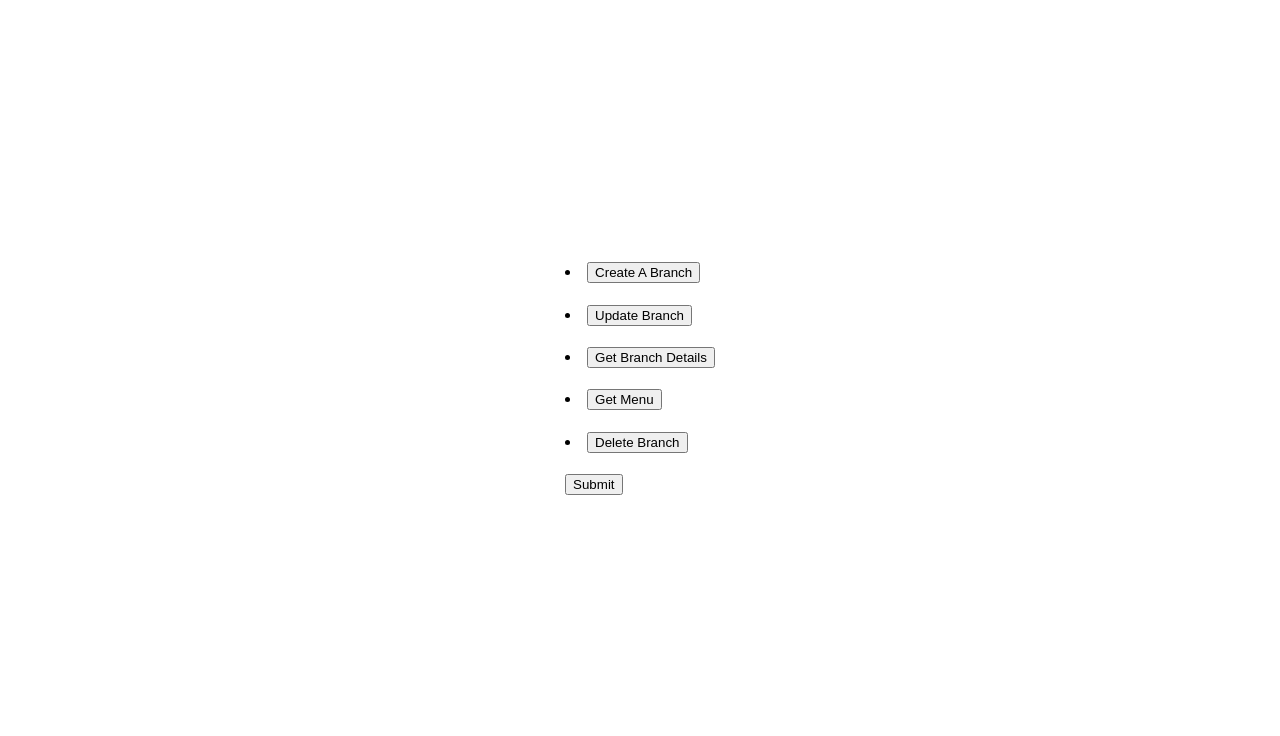
Repository: Jeevith-U/Advance-Java
Page: http://localhost/Food_App/manager.jsp
An editor plug-in stored every save of this project. The page is shown before and after the next save, followed by the edit.
The browser window is 1280 px wide. The pictures show the whole page.
The page is served by Tomcat 9.

Above is the page before, as saved 2023-08-22 15:08:42.

After the next save:
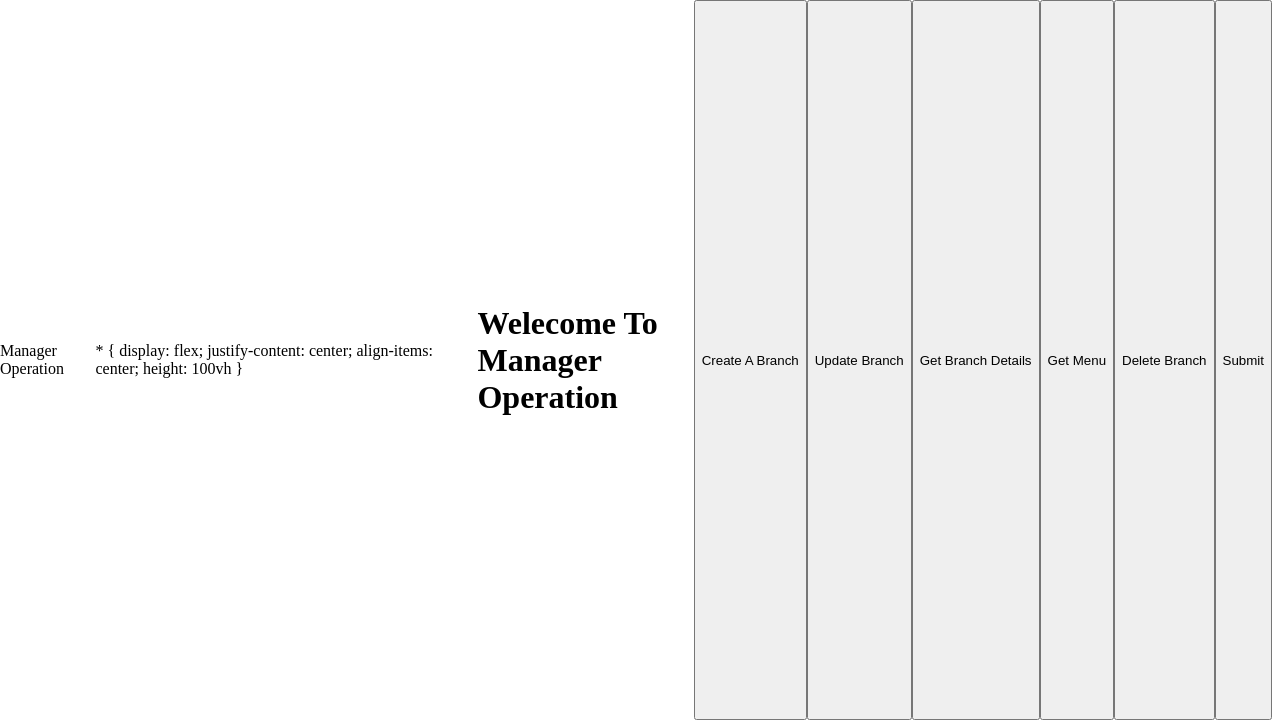
Saved 43 s later.
--- a/Projects/Food_App/src/main/webapp/manager.jsp
+++ b/Projects/Food_App/src/main/webapp/manager.jsp
@@ -7,7 +7,7 @@
 <title>Manager Operation</title>
 
 <style>
-div {
+* {
 	display: flex;
 	justify-content: center;
 	align-items: center;
@@ -17,6 +17,7 @@
 </head>
 <body>
 
+ <h1>Welecome To Manager Operation</h1>
 	<div>
 		<form action="manager" method="post">
 

After the save that followed:
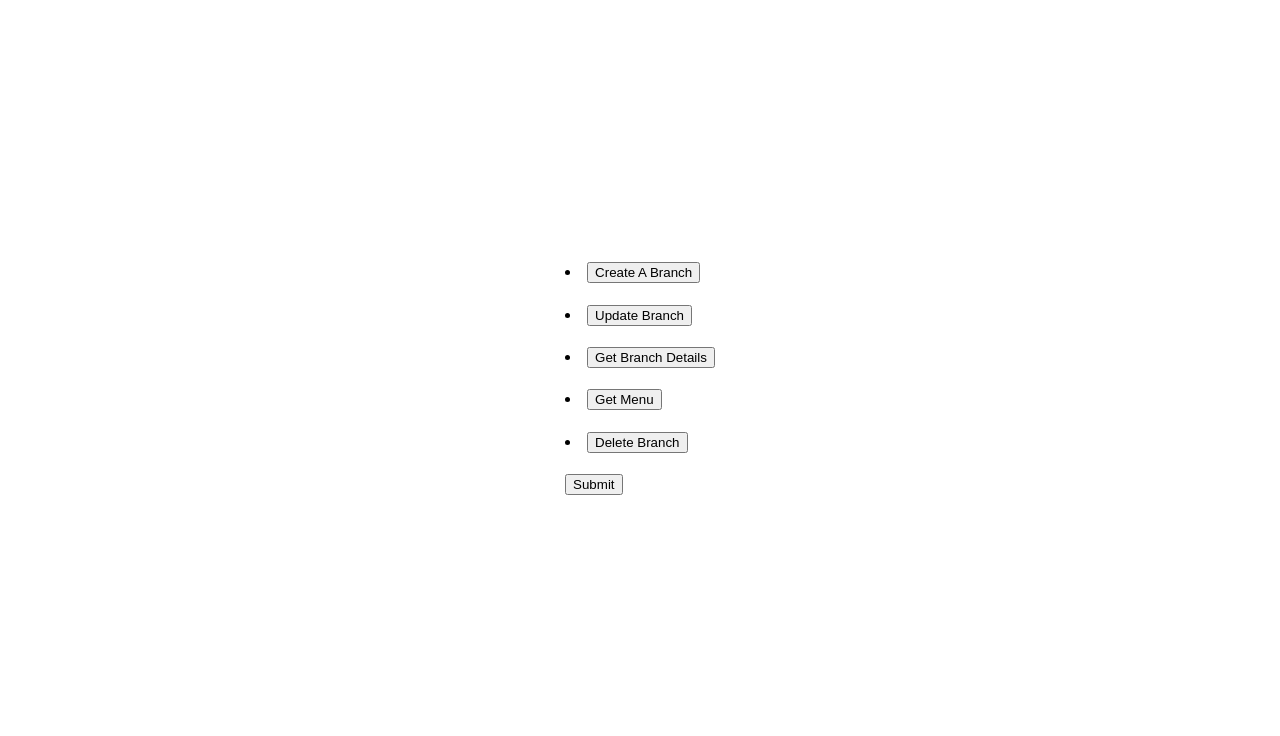
Saved 57 s later.
--- a/Projects/Food_App/src/main/webapp/manager.jsp
+++ b/Projects/Food_App/src/main/webapp/manager.jsp
@@ -2,45 +2,34 @@
 	pageEncoding="ISO-8859-1"%>
 <!DOCTYPE html>
 <head>
-<meta charset="UTF-8">
-<meta name="viewport" content="width=device-width, initial-scale=1.0">
-<title>Manager Operation</title>
+    <meta charset="UTF-8">
+    <meta name="viewport" content="width=device-width, initial-scale=1.0">
+    <title>Manager Operation</title>
 
-<style>
-* {
-	display: flex;
-	justify-content: center;
-	align-items: center;
-	height: 100vh
-}
-</style>
+    <style>
+       div {
+
+            display: flex;
+            justify-content: center;
+            align-items: center;
+            height: 100vh
+        }
+    </style>
 </head>
 <body>
 
- <h1>Welecome To Manager Operation</h1>
-	<div>
-		<form action="manager" method="post">
+    <div>
+    <form action="manager" method="post" >
 
-			<h4>
-				<li><input type="button" value="Create A Branch" name="create"></li>
-			</h4>
-			<h4>
-				<li><input type="button" value="Update Branch" name="update"></li>
-			</h4>
-			<h4>
-				<li><input type="button" value="Get Branch Details"
-					name="details"></li>
-			</h4>
-			<h4>
-				<li><input type="button" value="Get Menu" name="Menu"></li>
-			</h4>
-			<h4>
-				<li><input type="button" value="Delete Branch" name="delete"></li>
-			</h4>
+          <h4> <li> <input type="button" value="Create A Branch" name="create"></li> </h4>
+          <h4> <li> <input type="button" value="Update Branch" name="update"></li> </h4>
+          <h4> <li> <input type="button" value="Get Branch Details" name="details"></li> </h4>
+          <h4> <li> <input type="button" value="Get Menu" name="Menu"></li> </h4>
+          <h4> <li> <input type="button" value="Delete Branch" name="delete"></li> </h4>
 
-			<input type="submit" colspan="2" align="center">
+          <input type="submit" colspan="2" align="center" >
 
-		</form>
-	</div>
+        </form>
+    </div>
 </body>
 </html>
